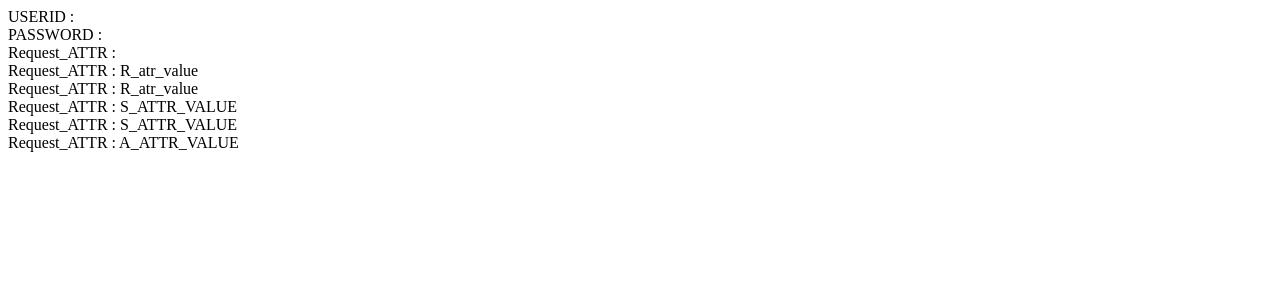
Repository: GotChun/DH_JSP
Page: http://localhost/01_JSP/C08/01EL/01Result.jsp
The author's editor kept a copy of each file at every save. The page is drawn from the files as they stood at one save, then again after the next save.
The browser window is 1280 px wide. The pictures show the whole page.
The page is served by Tomcat 9.

Above is the page before, as saved 2024-10-23 07:45:01.

After the next save:
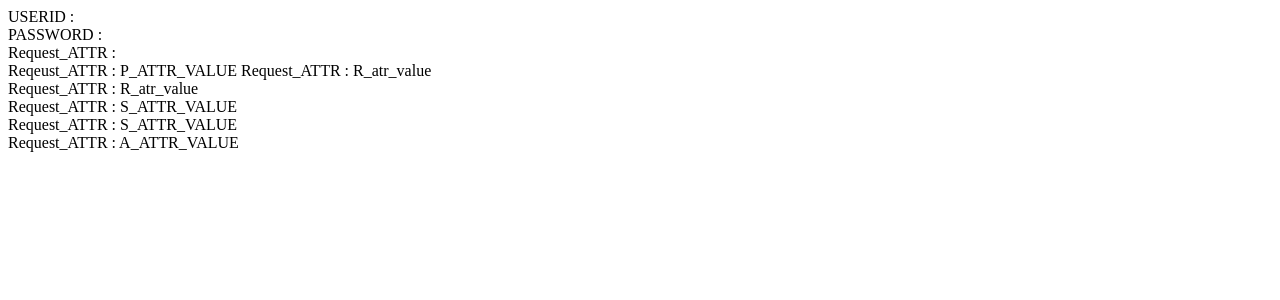
Saved 25 s later.
--- a/01_JSP/src/main/webapp/C08/01EL/01Result.jsp
+++ b/01_JSP/src/main/webapp/C08/01EL/01Result.jsp
@@ -31,6 +31,7 @@ PASSWORD : ${param.password }<br>
 
 <!-- EL ATTR -->
 Request_ATTR : ${requestScope.P_ATTR }<br>
+Reqeust_ATTR : ${P_ATTR}
 
 Request_ATTR : ${requestScope.R_ATTR }<br>
 Request_ATTR : ${R_ATTR }<br>
